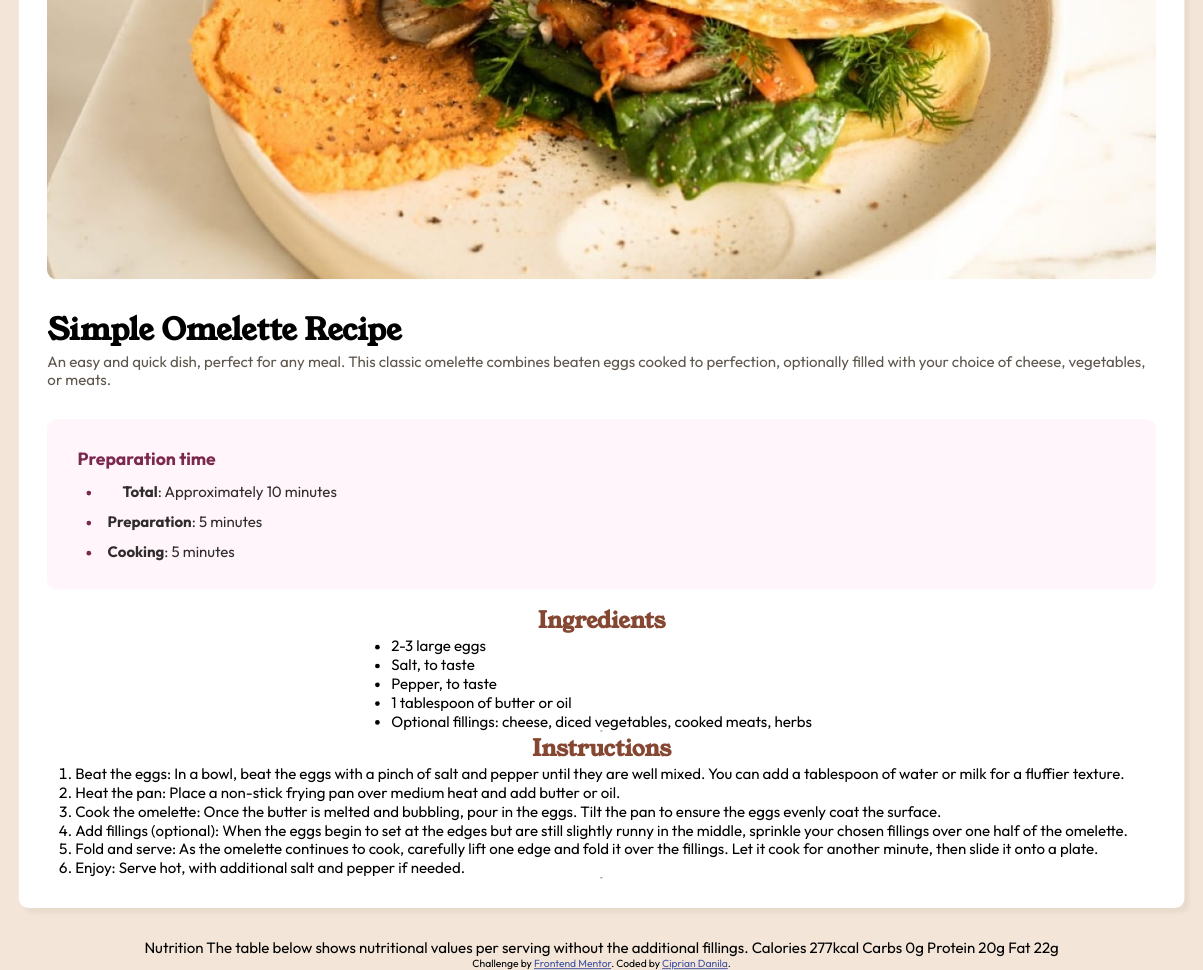
Repository: cipdanila/recipe-page
Page: index.html
An editor plug-in stored every save of this project. The page is shown before and after the next save, followed by the edit.
The browser window is 1280 px wide. The pictures show the whole page, at 94% of full size.

Above is the page before, as saved 2024-01-21 17:08:18.

After the next save:
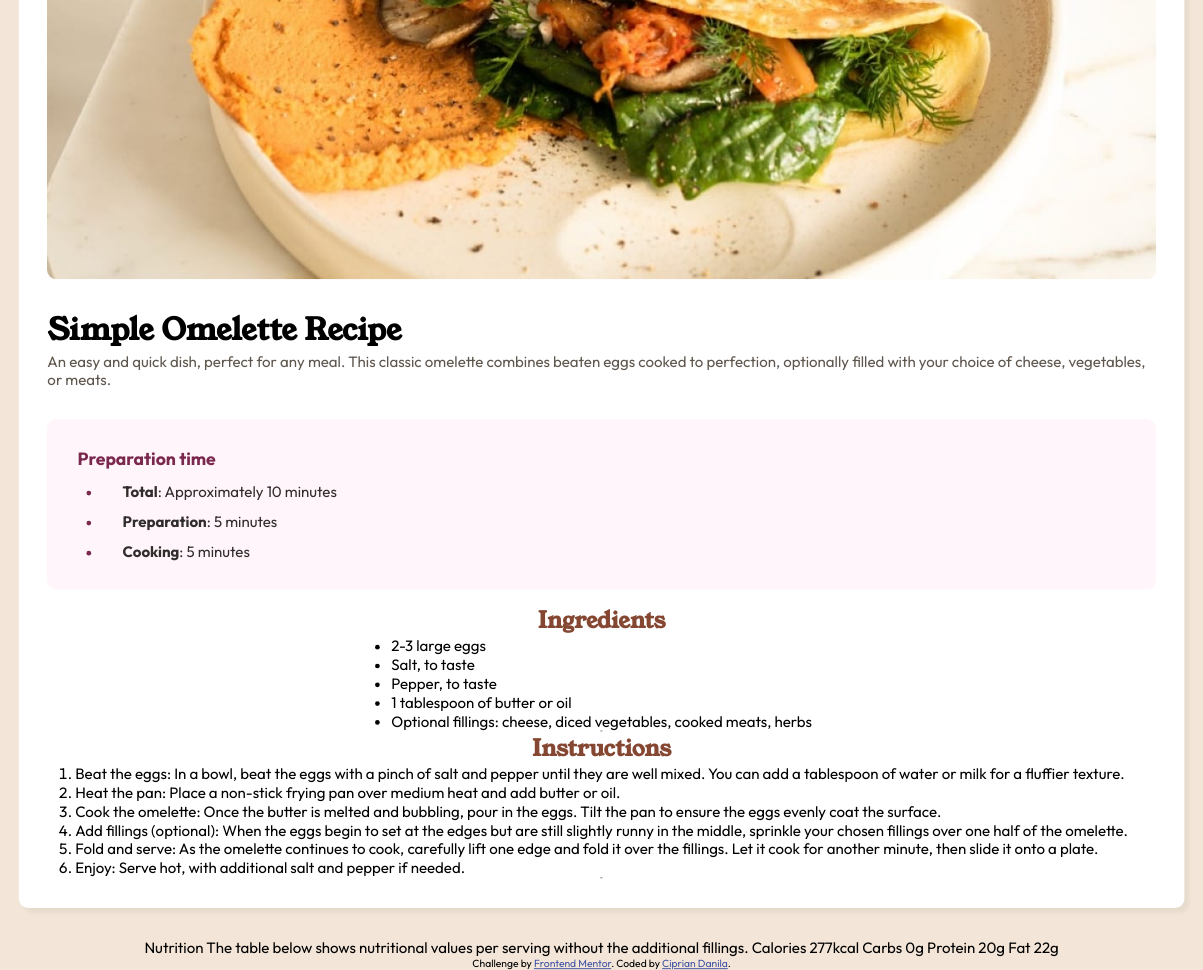
Saved 21 s later.
--- a/index.html
+++ b/index.html
@@ -25,8 +25,8 @@
         <h3>Preparation time</h3>
         <ul>
           <li><span>Total</span>: Approximately 10 minutes</li>
-          <li><strong>Preparation</strong>: 5 minutes</li>
-          <li><strong>Cooking</strong>: 5 minutes</li>
+          <li><span>Preparation</span>: 5 minutes</li>
+          <li><span>Cooking</span>: 5 minutes</li>
         </ul>
       </div>
       <h2>Ingredients</h2>
